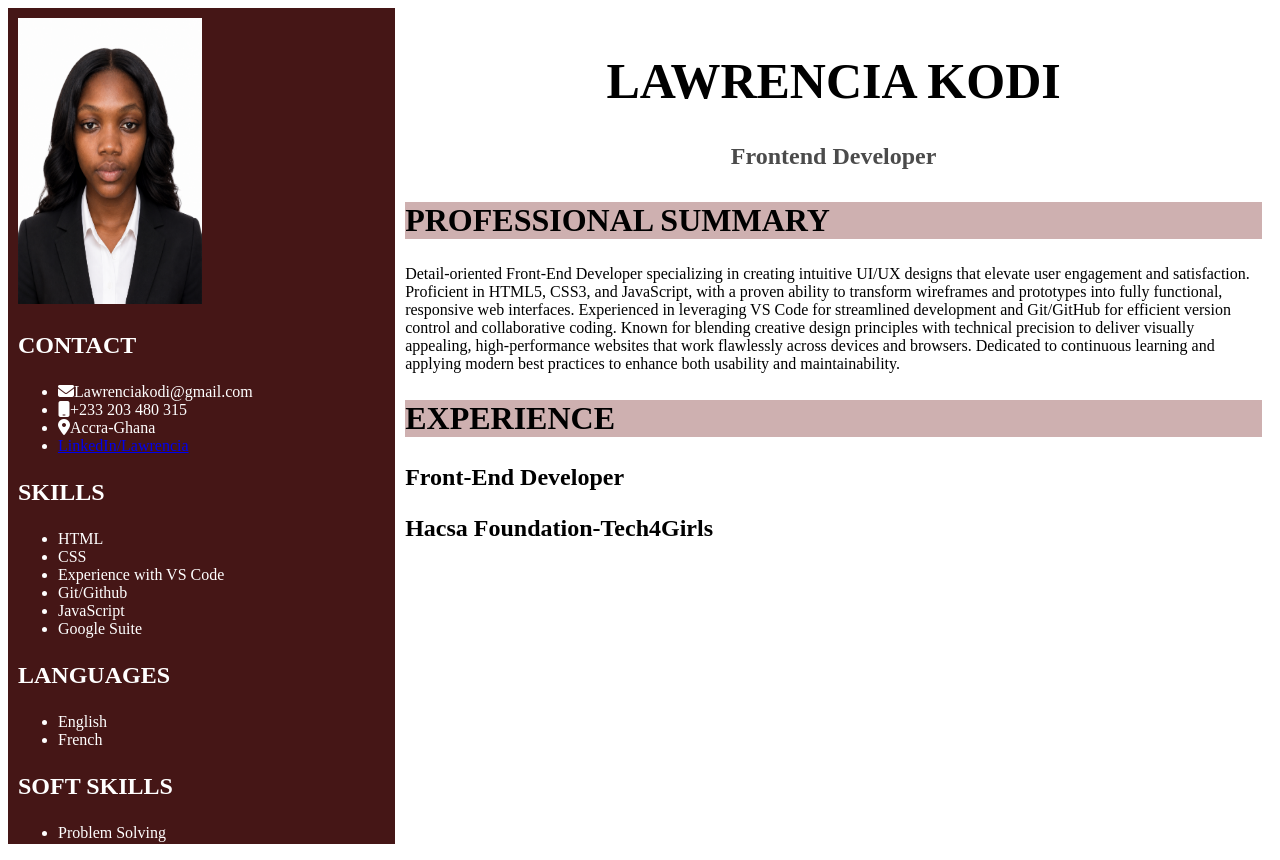
Repository: lawrencia-coder/T4G_CV
Page: index.html
These files come from the project's save history. The page is drawn as it stood at one moment and after a run of saves; the edit follows.
The browser window is 1280 px wide. The pictures show the whole page.
Some icons come from a web library that is not loaded, so they are not drawn. Some web libraries are served in a nearby version.

Above is the page before, as saved 2026-07-14 08:19:44.

### index.html
<!DOCTYPE html>
<html lang="en">
<head>
    <meta charset="UTF-8">
    <meta name="viewport" content="width=device-width, initial-scale=1.0">
    <script src="https://kit.fontawesome.com/c72fc9c022.js" crossorigin="anonymous"></script>
    <title>T4G_CV</title>
    <link rel="stylesheet" href="style.css">
</head>
<body>
    <div class="cv-container">
        <div class="left-column">
            <img src="images/passport pic 1.png" alt="" width="50%" height="35%">
            <h3>CONTACT</h3>
             <p>
              <ul>
                <li><i class="fa-solid fa-envelope" style="color: rgb(255, 255, 255);"></i>Lawrenciakodi@gmail.com</li>
                <li><i class="fa-solid fa-mobile" style="color: rgb(255, 255, 255);"></i>+233 203 480 315</li>
                <li><i class="fa-solid fa-location-dot" style="color: rgb(255, 255, 255);"></i>Accra-Ghana</li>
                <li><i class="fa-brands fa-square-linkedin" style="color: rgb(255, 255, 255);"></i><a href="www.linkedin.com/in/lawrencia-kodi-192a71305" target="_blank" rel="noopener noreferrer">LinkedIn/Lawrencia</a></li>
              </ul>
             </p>

            <h3>SKILLS</h3>
             <p>
                <ul>
                    <li>HTML</li>
                    <li>CSS</li>
                    <li>Experience with VS Code</li>
                    <li>Git/Github</li>
                    <li>JavaScript</li>
                    <li>Google Suite</li>
                </ul>
             </p>

             <h3>LANGUAGES</h3>
             <p>
                <ul>
                    <li>English</li>
                    <li>French</li>
                </ul>
             </p>

             <h3>SOFT SKILLS</h3>
             <p>
                <ul>
                    <li>Problem Solving</li>
                    <li>Critical Thinking</li>

                </ul>
             </p>
        </div>
         <div class="right-column">
             <h1>LAWRENCIA KODI  </h1>
             <h4 style="text-align: center;">Frontend Developer</h4>
             <h2>PROFESSIONAL SUMMARY</h2>
              <p>Detail-oriented Front-End Developer specializing in creating intuitive UI/UX designs that elevate user engagement and satisfaction.
                 Proficient in HTML5, CSS3, and JavaScript, with a proven ability to transform wireframes and prototypes into fully functional, responsive web interfaces.
                 Experienced in leveraging VS Code for streamlined development and Git/GitHub for efficient version control and collaborative coding.
                 Known for blending creative design principles with technical precision to deliver visually appealing, high-performance websites that work flawlessly across devices and browsers.
                 Dedicated to continuous learning and applying modern best practices to enhance both usability and maintainability.
                </p>

                <h2>EXPERIENCE</h2>
                <h3 style="font-size: x-large;">Front-End Developer</h3>
                <h3>Hacsa Foundation-Tech4Girls</h3>
         </div>
    </div>

</body>
</html>

### style.css
/* styling headings */
h1{
    text-align: center;
    font-size: 50px;
    margin-bottom: none;
}

h4{
    opacity: calc(70%);
    font-size: x-large;
}

h2{
    background-color: rgb(206, 176, 176);
    font-size: xx-large;
}

h3{
    font-size: x-large;
}

/* styling cv-container */
.cv-container{
    display: flex;
    width: 100%;
    min-height: 100vh;
}

.left-column{
width: 30%;
background-color: rgb(69, 22, 22);
color: white;
padding: 10px;
}

.right-column{
    width: 70%;
    background-color: white;
    color: black;
    padding: 10px;
}

After the next 3 saves:
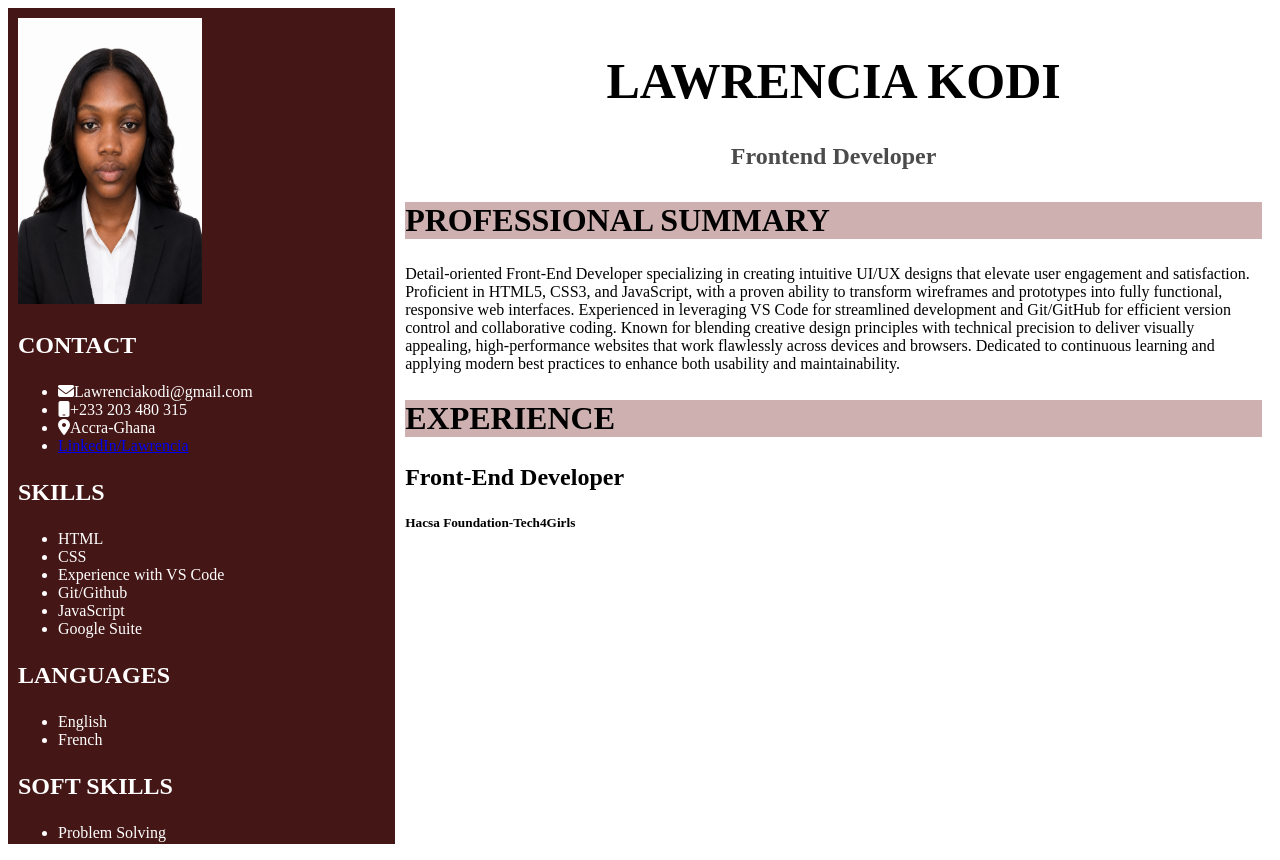
The 3 saves are shown as one change because they came seconds apart.
The last was saved 21 s later.
--- a/index.html
+++ b/index.html
@@ -63,7 +63,7 @@
 
                 <h2>EXPERIENCE</h2>
                 <h3 style="font-size: x-large;">Front-End Developer</h3>
-                <h3>Hacsa Foundation-Tech4Girls</h3>
+                <h5>Hacsa Foundation-Tech4Girls</h>
          </div>
     </div>
 
